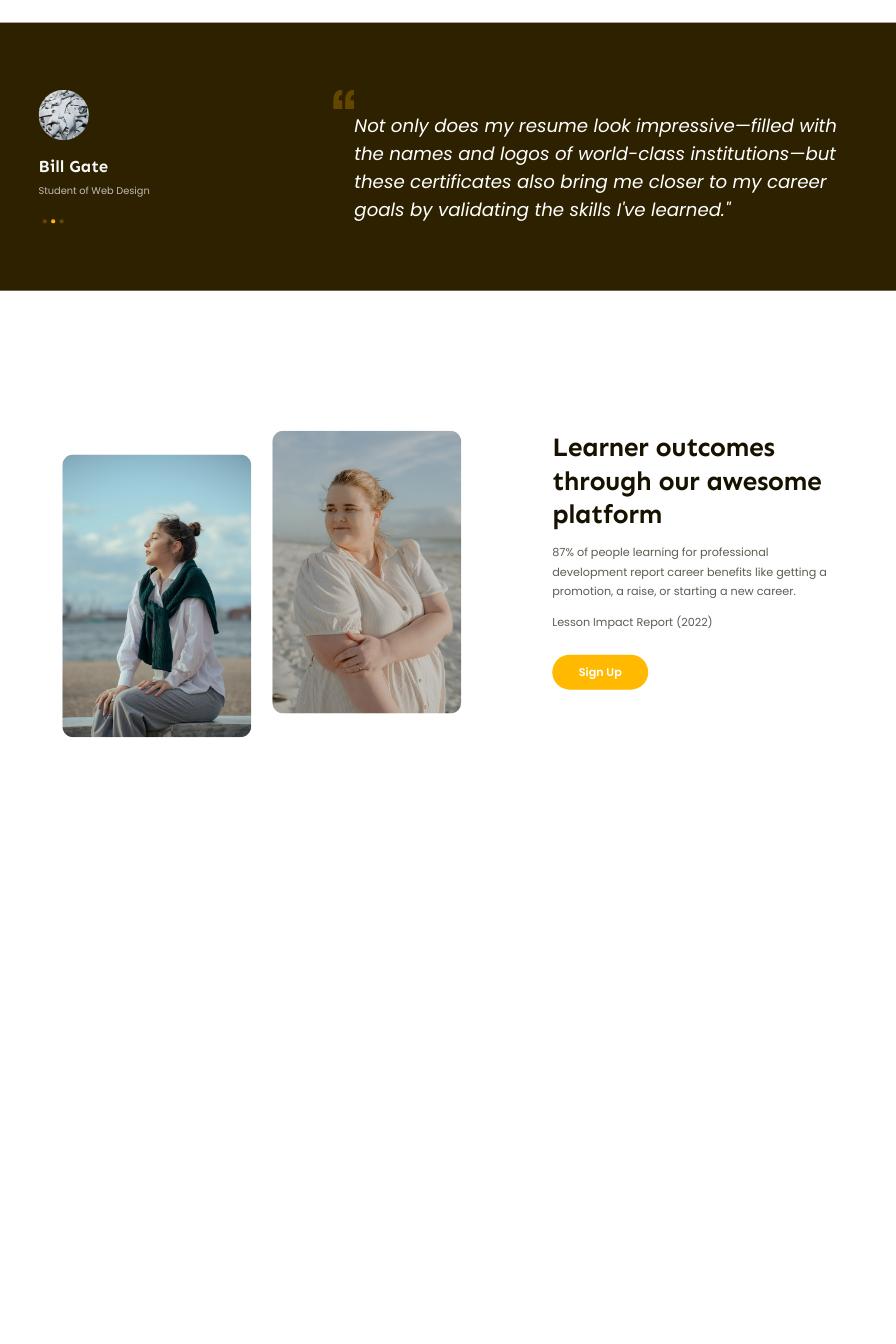
Repository: dovanlanh/f8-project-02
Page: index.html
These files come from the project's save history. The page is drawn as it stood at one moment and after the next save; the edit follows.
The browser window is 1280 px wide. The pictures show the part of the page from y = 1915 to 3835 px (the page is 10000 px tall), at 70% of full size.

Above is the page before, as saved 2023-02-10 09:06:16.

### index.html
<!DOCTYPE html>
<html lang="en">
<head>
    <meta charset="UTF-8">
    <meta http-equiv="X-UA-Compatible" content="IE=edge">
    <meta name="viewport" content="width=device-width, initial-scale=1.0">
    <title>F8 Project 02</title>
    <!-- reset css -->
    <link rel="stylesheet" href="./assets/css/reset.css">
    <!-- embed fonts -->
    <link rel="preconnect" href="https://fonts.googleapis.com">
    <link rel="preconnect" href="https://fonts.gstatic.com" crossorigin>
    <link href="https://fonts.googleapis.com/css2?family=Poppins:ital,wght@0,400;0,500;0,600;0,700;1,400&family=Sen:wght@700&display=swap" rel="stylesheet">
    <!-- style -->
    <link rel="stylesheet" href="./assets/css/styles.css">
</head>
<body>
    <main style=" height: 10000px">
        <!-- header  -->
        <header class="header fixed">
            <div class="main-content">
                    <div class="body">
                        <!-- logo -->
                        <img src="./assets/img/Lesson.svg" alt="Lesson" class="Logo">
                        <!-- nav -->
                        <nav class="nav">
                            <ul>
                                <li class="active">
                                    <a href="#!">Home</a>
                                </li>
                                <li>
                                    <a href="#!">Courses</a>
                                </li>
                                <li>
                                    <a href="#!">Pricing</a>
                                </li>
                                <li>
                                    <a href="#!">Reviews</a>
                                </li>
                            </ul>
                        </nav>
                        <!-- active -->
                        <div class="action">
                            <a href="#!" class="btn sign-up-btn">Sign Up</a>
                        </div>
                    </div>
            </div>
        </header>
        <!-- Hero -->
        <div class="hero">
            <div class="main-content">
                <div class="body">
                    <!-- Hero left -->
                    <div class="media-block">
                        <img src="./assets/img/guy-lesson.svg" alt="" class="img">
                        <div class="hero-summary">
                            <div class="item">
                                <div class="icon">
                                    <img src="./assets/img/list-icon1.svg" alt="">
                                </div>
                                <div class="info">
                                    <p class="label">20 Courses</p>
                                    <p class="tittle">UI/UX Design</p>
                                </div>
                            </div>
                            <div class="item">
                                <div class="icon">
                                    <img src="./assets/img/list-icon2.svg" alt="">
                                </div>
                                <div class="info">
                                    <p class="label">20 Courses</p>
                                    <p class="tittle">Development</p>
                                </div>
                            </div>
                            <div class="item">
                                <div class="icon">
                                    <img src="./assets/img/list-icon3.svg" alt="">
                                </div>
                                <div class="info">
                                    <p class="label">30 Courses</p>
                                    <p class="tittle">Marketing</p>
                                </div>
                            </div>
                        </div>
                    </div>
                    <!-- hero-right -->
                    <div class="content-block">
                        <h1 class="heading lv1">Learn without limits and spread knowledge.</h1>
                        <p class="desc">
                            Build new skills for that “this is my year” feeling with courses, certificates, and degrees from world-class universities and companies.
                        </p>
                            <div class="cta-group">
                                <a href="#!" class="btn hero-cta">See Courses</a>
                                <button class="watch-video">
                                    <div class="icon">
                                        <img src="./assets/img/icon-watch-video.svg" alt="">
                                    </div>
                                    <span>Watch Video</span>
                                </button>
                            </div>
                        <p class="desc">Recent engagement</p>
                        <div class="desc stats">
                            <strong>50K</strong>Students
                            <strong>70+</strong>Courses
                        </div>
                    </div>
                </div>
            </div>
        </div>
        <!-- Popular -->
        <div class="popular">
            <div class="main-content">
                <!-- popular top -->
                <div class="popular-top">
                    <div class="info">
                        <h2 class="heading lv2">Our popular courses</h2>
                        <p class="desc">Build new skills with new trendy courses and shine for the next future career.</p>
                    </div>
                    <div class="controls">
                        <button class="control-btn">
                            <svg width="8" height="14" viewBox="0 0 8 14" fill="none" xmlns="http://www.w3.org/2000/svg">
                                <path d="M7 1L1 7L7 13" stroke="currentColor" stroke-linecap="round" stroke-linejoin="round"/>
                            </svg>
                        </button>
                        <button class="control-btn">
                            <svg width="8" height="14" viewBox="0 0 8 14" fill="none" xmlns="http://www.w3.org/2000/svg">
                                <path d="M1 1L7 7L1 13" stroke="currentColor" stroke-linecap="round" stroke-linejoin="round"/>
                            </svg>
                        </button>
                    </div>
                </div>
                <!-- popular-bottom -->
                <div class="course-list">
                    <!-- course item 1 -->
                    <div class="course-item">
                        <img src="./assets/img/img-popular/course1.jpg" alt="Basic web design" class="thumb">
                        <div class="info">
                            <div class="head">
                                <h3 class="tittle line-clamp break-all">Basic web design</h3>
                                <div class="rating">
                                    <img src="./assets/img/Star.svg" alt="star" class="star">
                                    <span class="value">4.5</span>
                                </div>
                            </div>
                            <p class="desc-course line-clamp line-2 break-all">Get the best course, gain knowledge and shine for your future career.</p>
                            <div class="foot">
                                <span class="price">$120.75</span>
                                <button class="btn">Book Now</button>
                            </div>
                        </div>
                    </div>
                    <!-- course item 2 -->
                    <div class="course-item">
                        <img src="./assets/img/img-popular/course2.jpg" alt="UI/UX design" class="thumb">
                        <div class="info">
                            <div class="head">
                                <h3 class="tittle line-clamp break-all">UI/UX design</h3>
                                <div class="rating">
                                    <img src="./assets/img/Star.svg" alt="star" class="star">
                                    <span class="value">4.5</span>
                                </div>
                            </div>
                            <p class="desc-course line-clamp line-2 break-all">Get the best course, gain knowledge and shine for your future career.</p>
                            <div class="foot">
                                <span class="price">$120.75</span>
                                <button class="btn">Book Now</button>
                            </div>
                        </div>
                    </div>
                    <!-- course item 3 -->
                    <div class="course-item">
                        <img src="./assets/img/img-popular/course3.jpg" alt="Web App design" class="thumb">
                        <div class="info">
                            <div class="head">
                                <h3 class="tittle line-clamp break-all">Web App design</h3>
                                <div class="rating">
                                    <img src="./assets/img/Star.svg" alt="star" class="star">
                                    <span class="value">4.5</span>
                                </div>
                            </div>
                            <p class="desc-course line-clamp line-2 break-all">Get the best course, gain knowledge and shine for your future career.</p>
                            <div class="foot">
                                <span class="price">$120.75</span>
                                <button class="btn">Book Now</button>
                            </div>
                        </div>
                    </div>
                </div>
            </div>
        </div>
        <!-- feedback -->
        <div class="feedback">
            <div class="main-content">
                <div class="feedback-list">
                    <!-- item 1 -->
                    <div class="feedback-item">
                        <!-- fdb-left -->
                        <div class="info">
                            <img src="./assets/img/img-quotes.jpg" alt="Peter Moor" class="feedback-avt">
                            <p class="tittle-fdb">Peter Moor</p>
                            <p class="desc-fdb">Student of Web Design</p>
                            <div class="dots">
                                <span class="dot active"></span>
                                <span class="dot"></span>
                                <span class="dot"></span>
                            </div>
                        </div>
                        <!-- fdb-right -->
                        <div class="content-fdb">
                            <img src="./assets/img/open-quotes.svg" alt="open quotes" class="open-quotes">
                            <blockquote>
                                Not only does my resume look impressive—filled with the names and logos of world-class institutions—but these certificates also bring me closer to my career goals by validating the skills I've learned."
                            </blockquote>
                        </div>
                    </div>
                    <!-- item 2 -->
                    <div class="feedback-item">
                        <!-- fdb-left -->
                        <div class="info">
                            <img src="./assets/img/img-quotes.jpg" alt="Peter Moor" class="feedback-avt">
                            <p class="tittle-fdb">Bill Gate</p>
                            <p class="desc-fdb">Student of Web Design</p>
                            <div class="dots">
                                <span class="dot"></span>
                                <span class="dot active"></span>
                                <span class="dot"></span>
                            </div>
                        </div>
                        <!-- fdb-right -->
                        <div class="content-fdb">
                            <img src="./assets/img/open-quotes.svg" alt="open quotes" class="open-quotes">
                            <blockquote>
                                Not only does my resume look impressive—filled with the names and logos of world-class institutions—but these certificates also bring me closer to my career goals by validating the skills I've learned."
                            </blockquote>
                        </div>
                    </div>
                    <!-- item 3 -->
                    <div class="feedback-item">
                        <!-- fdb-left -->
                        <div class="info">
                            <img src="./assets/img/img-quotes.jpg" alt="Peter Moor" class="feedback-avt">
                            <p class="tittle-fdb">Elon Musk</p>
                            <p class="desc-fdb">Student of Web Design</p>
                            <div class="dots">
                                <span class="dot"></span>
                                <span class="dot"></span>
                                <span class="dot active"></span>
                            </div>
                        </div>
                        <!-- fdb-right -->
                        <div class="content-fdb">
                            <img src="./assets/img/open-quotes.svg" alt="open quotes" class="open-quotes">
                            <blockquote>
                                Not only does my resume look impressive—filled with the names and logos of world-class institutions—but these certificates also bring me closer to my career goals by validating the skills I've learned."
                            </blockquote>
                        </div>
                    </div>
                </div>
            </div>
        </div>
        <!-- Features -->
        <div class="features">
            <div class="main-content">
                <div class="body">
                    <div class="imges">
                        <img src="./assets/img/feature-1.jpg" alt="Learner outcomes through our awesome platform">
                        <img src="./assets/img/feature-2.jpg" alt="Learner outcomes through our awesome platform">
                    </div>
                    <div class="content">
                        <h2 class="feature-heading">Learner outcomes through our awesome platform</h2>
                        <p class="feature-desc">87% of people learning for professional development report career benefits like getting a promotion, a raise, or starting a new career.</p>
                        <p class="feature-desc">Lesson Impact Report (2022)</p>
                        <a class="btn" href="#!">Sign Up</a>
                    </div>
                </div>
            </div>
        </div>
    </main>
</body>
</html>

### assets/css/styles.css
* {
    box-sizing: border-box;
}
:root {
    --font-heading: sen, sans-serif;
    --primary-color:#FFB900;
}
html,
body {
    scroll-behavior: smooth;
    font-size: 62.5%;
}

html {
    font-size: 62.5%;
}

body {
    font-size: 1.6rem;
    font-family: 'Poppins', sans-serif;
}

/* common */
.break-all {
    word-break: break-all;
}
.line-clamp {
    display: -webkit-box;
    -webkit-line-clamp: var(--line-clamp, 1);
    -webkit-box-orient: vertical;
    overflow: hidden;
}
.line-clamp.line-2 {
    --line-clamp: 2;
}
.heading {
    font-family: var(--font-heading);
    font-weight: 700;
    letter-spacing: -0.02em;
    color: #171100;
}
a {
    text-decoration: none;
}
.main-content {
    width: 1170px;
    max-width: calc(100% - 48px);
    margin-left: auto;
    margin-right: auto;
}
.btn {
    min-width: 118px;
    display: inline-block;
    padding: 0 16px;
    align-items: center;
    line-height: 50px;
    font-weight: 600;
    font-size: 1.6rem;
    text-align: center;
    color: #FFFFFF;
    background: #171100;
    border-radius: 999px;
}
.btn:hover {
    opacity: 0.9;
}
/* header */
.header {
    background:#FFFCF4;
}
.header.fixed {
    position: sticky;
    top: -28px;
    z-index: 1;
}
.header .body {
    display: flex;
    align-items: center;
    padding: 36px 0 8px;
}
.nav ul {
    display: flex;
}

.nav {
    margin-left: auto;
}
.nav a {
    position: relative;
    padding: 8px 21px;
    font-weight: 400;
    font-size: 1.6rem;
    color: #5F5B53;
}
.nav a:hover,
.nav li.active a {
    text-shadow: 1px 0 0 currentColor;
    color: #171100;
}
.nav li.active a::after {
    left: 21px;
    bottom: 6px;
    display: block;
    content: "";
    position: absolute;
    width: 12px;
    height: 2px;
    background: #171100;
    border-radius: 1px;
}
.header .sign-up-btn {
    min-width: 144px;
}
.header .action {
    margin-left: 49px;
}

/* hero */
.hero {
    padding: 56px 0 65px;
    background:#FFFCF4;
}
.hero .body {
    display: flex;
}
/* hero left */
.hero .media-block {
    width: 48%;
    position: relative;
}

.hero .media-block .img {
    width: 470px;
    height: 685px;
    object-fit: cover;
    border-radius: 20px;
    display: block;
}
.hero .media-block .hero-summary {
    position: absolute;
    right: 0;
    bottom: 48px;
}
.hero .hero-summary {
    width: 270px;
    padding: 24px;
    background: #FFFFFF;
    box-shadow: 0px 16px 32px rgba(0, 0, 0, 0.05);
    border-radius: 12px;
}
.hero-summary .item {
    display: flex;
    align-items: center;
}
.hero-summary .icon {
    width: 48px;
    height: 48px;
    border-radius: 50%;
    display: flex;
    align-items: center;
    justify-content: center;
    background: #FFF9E8;
}
.hero-summary .info {
    margin-left: 16px;
}
.hero-summary .label {
    font-weight: 400;
    font-size: 1.4rem;
    line-height: 1.86;
    color: #5F5B53;
}
.hero-summary .tittle {
    font-weight: 600;
    font-size: 1.8rem;
    line-height: 1.67;
    color: #171100;
}
.hero-summary .item + .item {
    margin-top: 22px;
}
.hero-summary .item:nth-of-type(2) .icon {
    background: #FCEFFF;
}
.hero-summary .item:nth-of-type(3) .icon {
    background: #EBEAFF;
}
/* hero right */
.hero .content-block {
    width: 52%;
    padding: 64px 0 0 130px;
}
.hero .content-block .heading.lv1 {
    font-size: 5.8rem;
    line-height: 1.17;
}
.content-block .desc {
    margin-top: 22px;
    font-weight: 400;
    font-size: 1.8rem;
    line-height: 1.67;
    color: #5F5B53;
}
.content-block .cta-group {
    margin: 38px 0 48px;
}
.content-block .cta-group .hero-cta{
    min-width: 180px;
    background-color: var(--primary-color);
    line-height: 64px;
}
.content-block .cta-group {
    display: flex;
    align-items: center;
}
.hero .watch-video {
    margin-left: 28px;
    display: flex;
    align-items: center;
    border: none;
    background: transparent;
    cursor: pointer;

}
.cta-group span {
    font-family: 'poppins', sans-serif;
    margin-left: 14px;
    font-weight: 600;
    font-size: 1.8rem;
    line-height: 1.67;
    color: #171100;
}
.hero .watch-video .icon {
    display: flex;
    align-items: center;
    justify-content: center;
    width: 40px;
    height: 40px;
    background: #FFFFFF;
    box-shadow: 0px 8px 16px rgba(0, 0, 0, 0.07);
    border-radius: 50%;
    cursor: pointer;
}
.hero .watch-video .icon:hover {
    background: orange;
    opacity: 0.5;
}
.hero .stats {
    margin: 8px 0 0 -28px;

}
.hero .stats strong {
    --font-heading: sen, sans-serif;
    padding: 0 8px 0 28px;
    font-weight: 700;
    font-size: 4.4rem;
    line-height: 1.23;
    color: #171100;
}
/* popular */
.popular {
    padding: 65px 0;
    margin-top: 135px;
}
.popular .heading.lv2 {
    font-size: 3.8rem;
    line-height: 1.26;
}
.popular .desc {
    margin-top: 16px;
    width: 458px;
    font-weight: 400;
    font-size: 1.8rem;
    line-height: 1.67;
    color: #5F5B53;
}
.popular .popular-top {
    display: flex;
    justify-content: space-between;
    align-items: center;
}
.popular-top .controls {
    display: flex;
    gap: 18px;
}
.popular-top .control-btn {
    display: flex;
    align-items: center;
    justify-content: center;
    width: 40px;
    height: 40px;
    color: var(--primary-color);
    border: 1px solid var(--primary-color);
    border-radius: 50%;
    background: transparent;
}
.popular-top .control-btn:hover {
    color: #fff;
    background: var(--primary-color);
    cursor: pointer;
}
/* Course list */
.popular .course-list {
    display: flex;
    gap: 30px;
    margin-top: 55px;
}
.popular .course-item {
    flex: 1;
    width: 370px;
    background: #FFFFFF;
    border: 1px solid #E2DFDA;
    border-radius: 12px;
}
.popular .course-item .thumb {
    width: calc(100% + 2px);
    height: 278px;
    margin: -1px;
    object-fit: cover;
    border-radius: 12px 12px 0px 0px;
}
.popular .course-item .info {
    padding: 16px 22px 22px;
}
.popular .course-item .foot,
.popular .course-item .rating,
.popular .course-item .head {
    display: flex;
    align-items: center;
    justify-content: space-between;
}
.popular .course-item .tittle {
    padding-right: 6px;
    font-weight: 600;
    font-size: 1.8rem;
    line-height: 1.67;
    color: #171100;
}
.popular .course-item .rating .value {
    margin-left: 6px;
    font-weight: 400;
    font-size: 1.6rem;
    line-height: 1.75;
    color: #FEA31B;
}
.popular .course-item .desc-course {
    margin-top: 6px;
    font-weight: 400;
    font-size: 1.4rem;
    line-height: 1.86;
    color: #5F5B53;
}
.popular .foot {
    margin-top: 12px;
}
.popular .foot .price{
    font-weight: 600;
    font-size: 1.8rem;
    line-height: 1.67;
    color: #171100;
}
.popular .foot .btn {
    height: 50px;
    border: none;
}
.popular .foot .btn:hover {
    background: #FFB900;
    transition: 0.2s;
}
/* feedback */
.feedback {
    margin-top: 135px;
    background: #2E2100;
    padding: 96px 0;
}
.feedback-list {
    display: flex;
    overflow: hidden;
}
.feedback-item {
    display: flex;
    flex-shrink: 0;
    width: 100%;
    transform: translateX(-100%);
    transition: all ease 0.3s;
}
.feedback-item .feedback-avt {
    width: 72px;
    height: 72px;
    object-fit: cover;
    border-radius: 50%;
}
.feedback-item .tittle-fdb {
    font-family: var(--font-heading);
    margin-top: 18px;
    font-weight: 700;
    font-size: 2.4rem;
    line-height: 1.42;
    color: #F7F7F7;
}
.feedback-item .desc-fdb {
    margin-top: 4px;
    font-weight: 400;
    font-size: 1.4rem;
    line-height: 1.86;
    color: #BFBCB3;
}
.feedback-item .dots {
    display: flex;
    margin-top: 28px;
}
.feedback-item .dot {
    width: 6px;
    height: 6px;
    margin-left: 6px;
    border-radius: 50%;
    background: #634700;
}
.feedback-item .dot.active{
    background: #FFB900;
    transition: 0.2s;
}
.feedback-item .content-fdb {
    width: 64%;
    margin-left: auto;
}
.content-fdb blockquote {
    margin-left: 30px;
    font-style: italic;
    font-weight: 400;
    font-size: 2.6rem;
    line-height: 1.54;
    color: #FFFFFF;
}
/* feature */
.features {
    padding: 65px;
    margin-top: 135px;
}
.features .body {
    display: flex;
}
.features .imges {
    display: flex;
    gap: 30px;
}
.features .imges img {
    width: 270px;
    height: 404px;
    object-fit: cover;
    border-radius: 16px;
}
.features .imges img:first-child {
    margin-top: 34px;
}
.features .content {
    width: 41%;
    margin-left: 130px;
}
.features .feature-heading {
    font-family: var(--font-heading);
    font-weight: 700;
    font-size: 3.8rem;
    line-height: 1.26;
    letter-spacing: -0.02em;
    color: #171100;
}
.features .feature-desc {
    margin-top: 16px;
    font-weight: 400;
    font-size: 1.6;
    line-height: 1.75;
    color: #5F5B53;
}
.features .content a {
    margin-top: 32px;
    background: #FFB900;
    width: 137px;
    height: 50px;
    border-radius: 26px;
}

Loaded but not shown: assets/css/reset.css (common file)

After the next save:
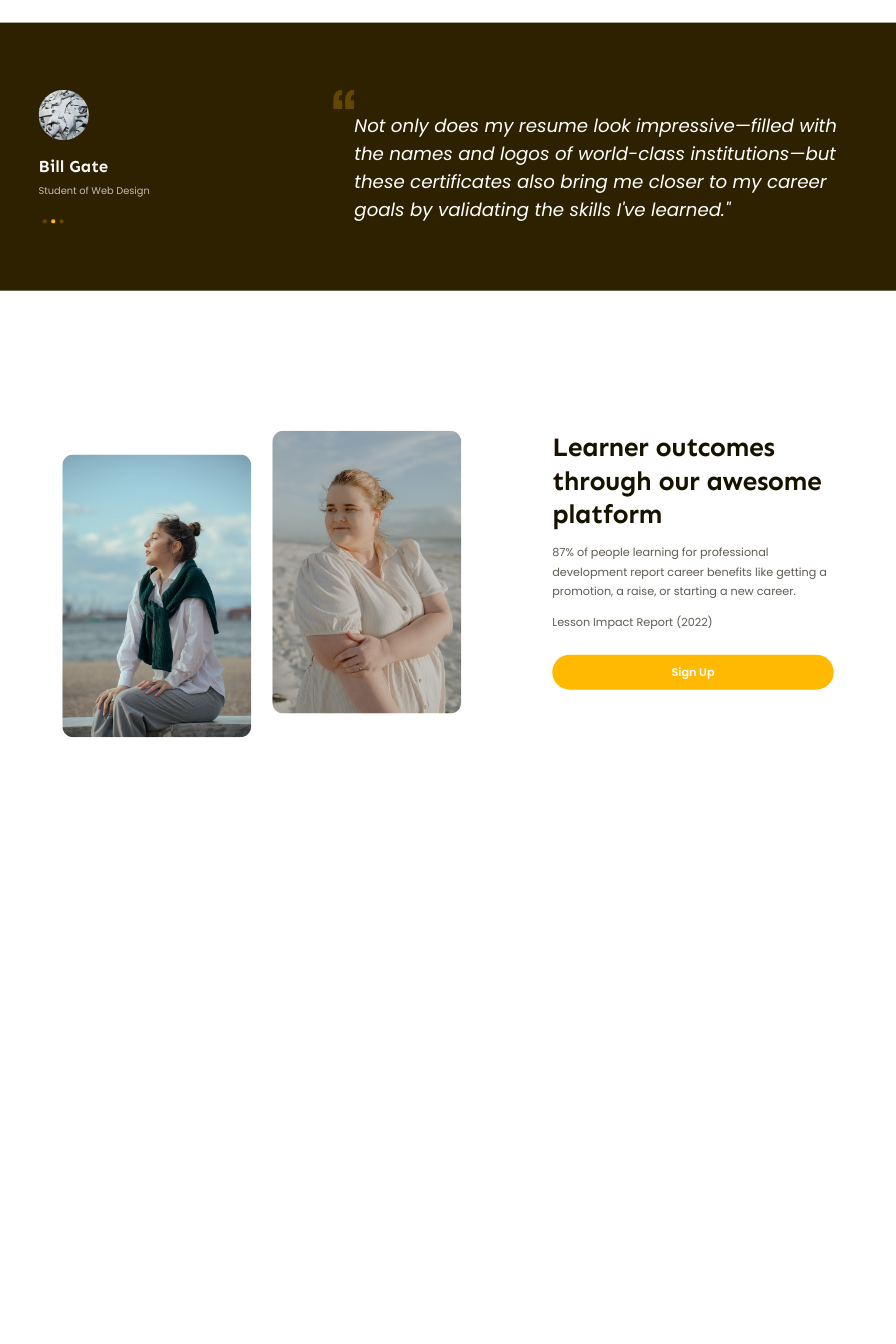
Saved 19 s later.
--- a/assets/css/styles.css
+++ b/assets/css/styles.css
@@ -477,5 +477,6 @@ a {
     background: #FFB900;
     width: 137px;
     height: 50px;
+    min-width: 100%;
     border-radius: 26px;
 }
